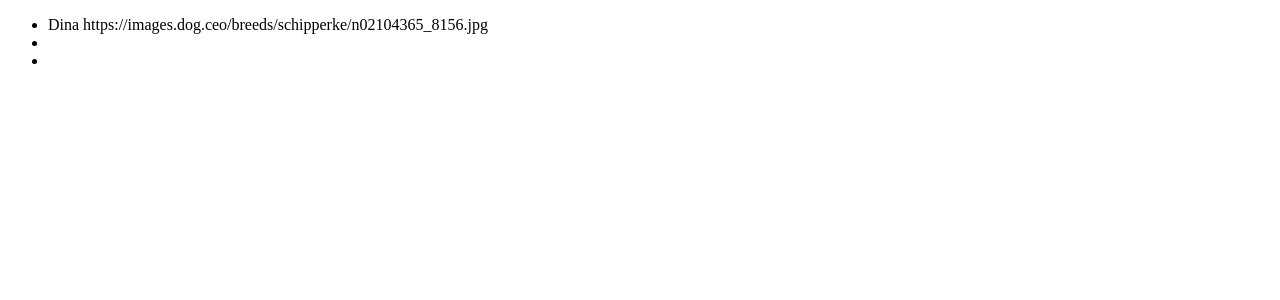
Repository: conchaasensio/ejercicios-en-clase-j
Page: modulo-2/leccion-2.2/ejercicio-8/index.html
The author's editor kept a copy of each file at every save. The page is drawn from the files as they stood at one save, then again after the next save.
The browser window is 1280 px wide. The pictures show the whole page.

Above is the page before, as saved 2020-06-29 18:11:46.

### modulo-2/leccion-2.2/ejercicio-8/index.html
<!DOCTYPE html>
<html lang="es">
  <head>
    <meta charset="UTF-8" />
    <meta name="viewport" content="width=device-width, initial-scale=1.0" />
    <title>Lista de perretes</title>
  </head>
  <body>
    <ul>
      <li class="firstDog"></li>
      <li class="secondDog"></li>
      <li class="thirdDog"></li>
    </ul>
    <script src="./main.js"></script>
  </body>
</html>

### modulo-2/leccion-2.2/ejercicio-8/main.js
'use strict';

const firstDogImage =
  'https://images.dog.ceo/breeds/schipperke/n02104365_8156.jpg';
const firstDogName = 'Dina';

const firstDog = document.querySelector('.firstDog');
firstDog.innerHTML = `${firstDogName} ${firstDogImage}`;

const secondDogImage =
  'https://images.dog.ceo/breeds/collie-border/n02106166_355.jpg';
const secondDogName = 'Luna';

const thirdDogImage =
  'https://images.dog.ceo/breeds/affenpinscher/n02110627_7065.jpg';
const thirdDogName = 'Lana';

After the next save:
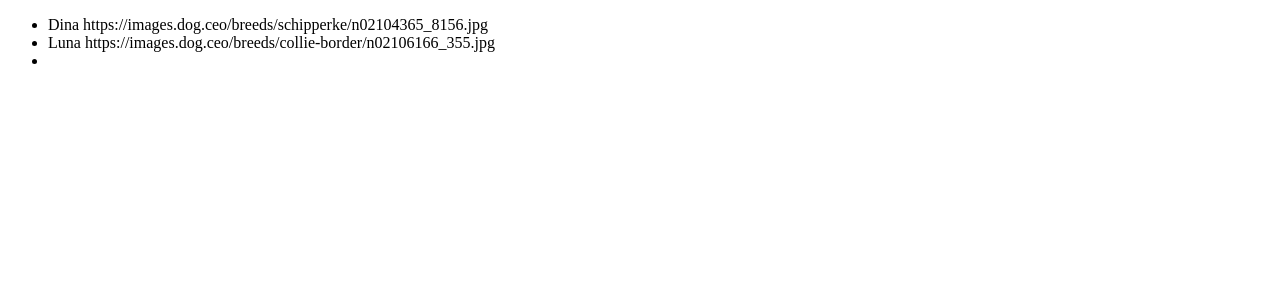
Saved 33 s later.
--- a/modulo-2/leccion-2.2/ejercicio-8/main.js
+++ b/modulo-2/leccion-2.2/ejercicio-8/main.js
@@ -11,6 +11,9 @@ const secondDogImage =
   'https://images.dog.ceo/breeds/collie-border/n02106166_355.jpg';
 const secondDogName = 'Luna';
 
+const secondDog = document.querySelector('.secondDog');
+secondDog.innerHTML = `${secondDogName} ${secondDogImage}`;
+
 const thirdDogImage =
   'https://images.dog.ceo/breeds/affenpinscher/n02110627_7065.jpg';
 const thirdDogName = 'Lana';
